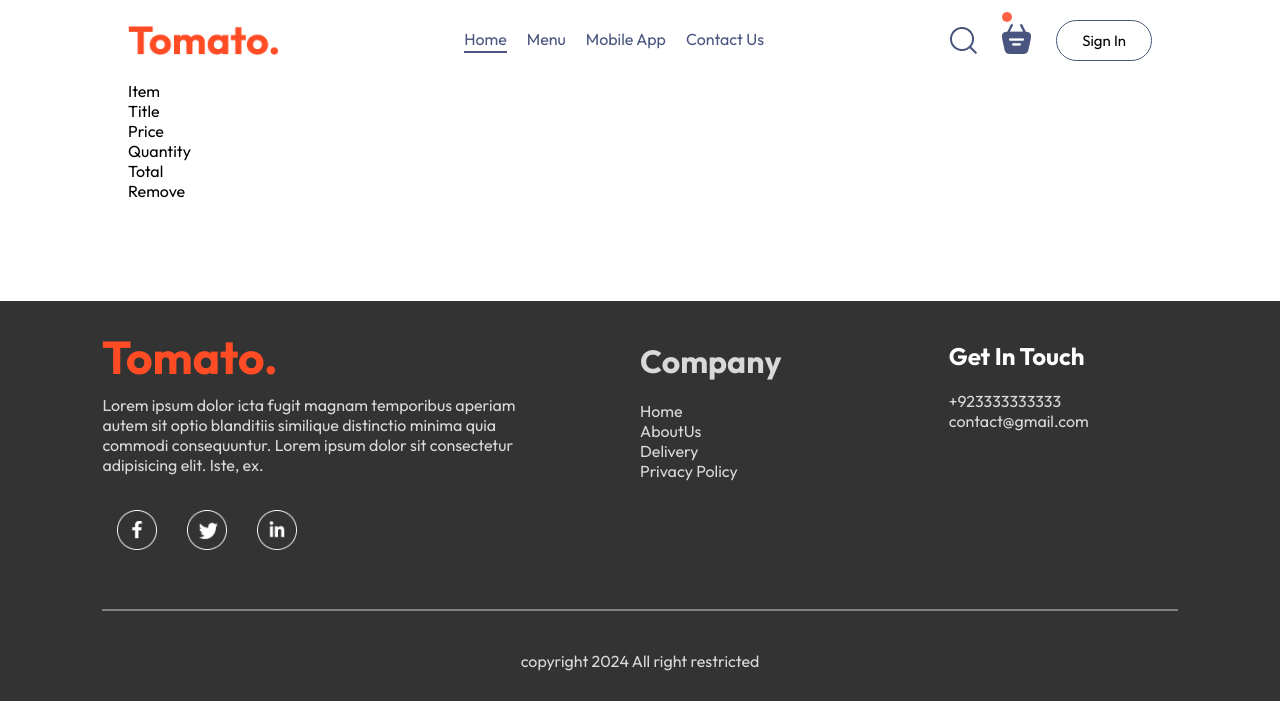
Repository: Attar786/Food-ordering-app
Page: /cart (app in frontend/)
The author's editor kept a copy of each file at every save. The page is drawn from the files as they stood at one save, then again after the next save.
The browser window is 1280 px wide. The pictures show the whole page.
The project was rebuilt for these pictures with package versions that can differ from the ones it lists, and the page was loaded fresh each time. Also part of the build but not shown: frontend/vite.config.js, frontend/src/components/Header/Header.css, frontend/src/components/Header/Header.jsx, frontend/src/components/ExploreMenu/ExploreMenu.css, frontend/src/components/ExploreMenu/ExploreMenu.jsx, frontend/src/components/FoodDisplay/FoodDisplay.css, frontend/src/components/FoodItem/FoodItem.css, frontend/src/components/FoodItem/FoodItem.jsx and 9 more.

Above is the page before, as saved 2024-07-30 14:46:56.

After the next save:
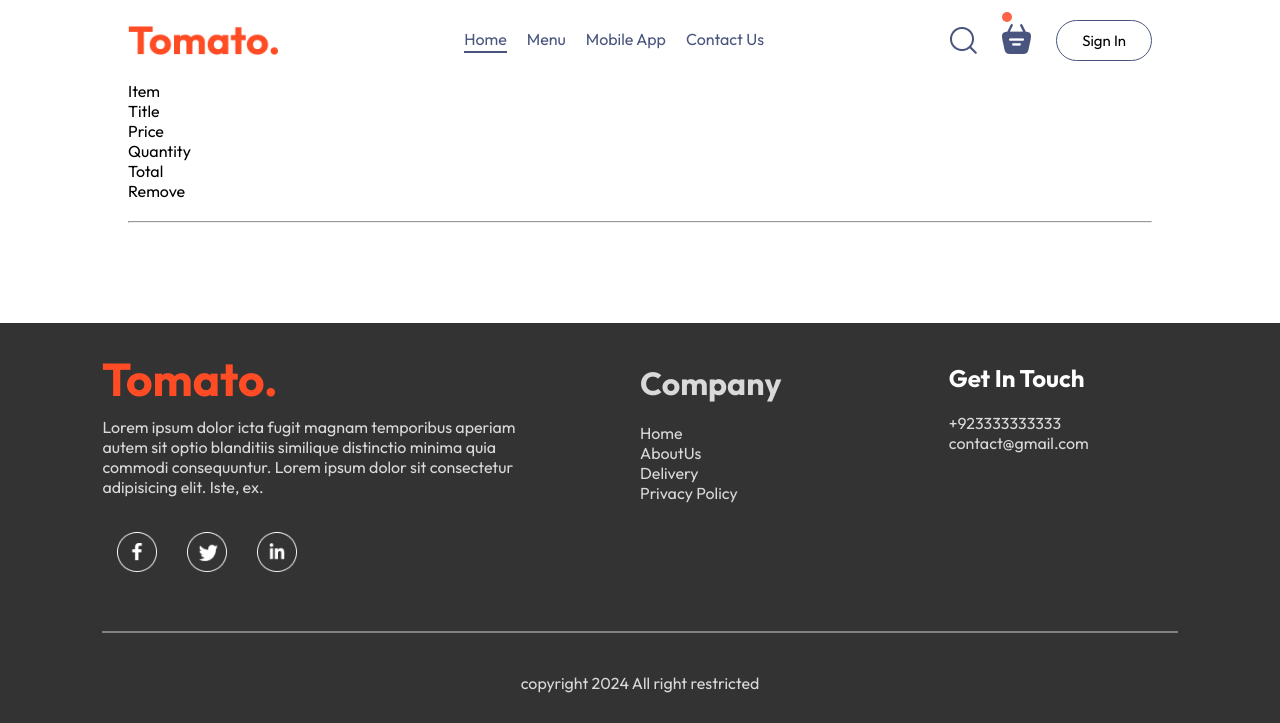
Saved 34 s later.
--- a/frontend/src/pages/Cart/Cart.jsx
+++ b/frontend/src/pages/Cart/Cart.jsx
@@ -14,6 +14,8 @@ const Cart = () => {
           <p>Total</p>
           <p>Remove</p>
         </div>
+        <br />
+        <hr />
       </div>
        </div>
   )
